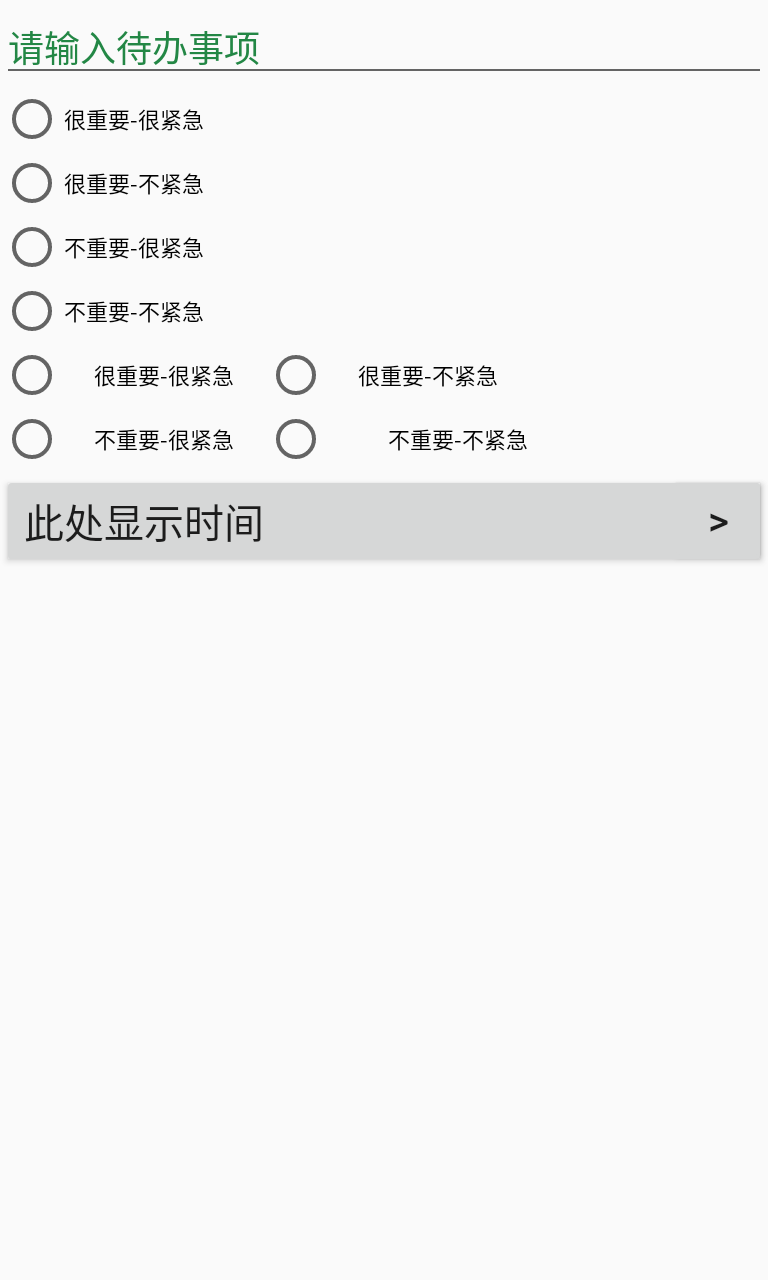
Repository: sh-zh-en/NBTodo
Layout: nbtodo/NBTodo/res/layout/addition_task_layout.xml
An editor plug-in stored every save of this project. The layout is shown before and after the next save, followed by the edit.
It is drawn on a 768 x 1280 px phone screen (xhdpi) without system bars, with theme AppTheme; the app's code is not run.

Above is the layout before, as saved 2015-03-03 02:33:21.

After the next save:
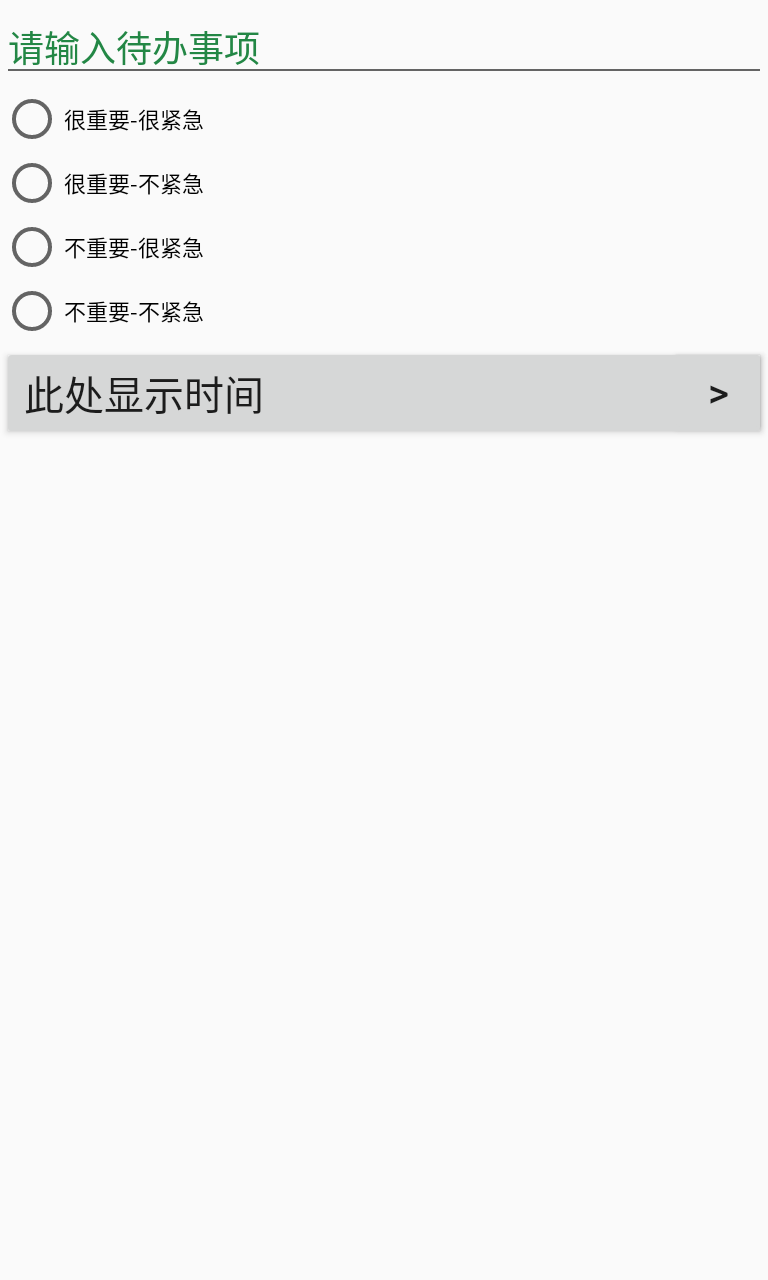
Saved 7 min 41 s later.
--- a/nbtodo/NBTodo/res/layout/addition_task_layout.xml
+++ b/nbtodo/NBTodo/res/layout/addition_task_layout.xml
@@ -5,7 +5,7 @@
     android:layout_gravity="bottom"
     android:orientation="vertical" >
 
-    android:orientation="horizontal" >
+
 
     <EditText
 	    android:id="@+id/edit_text1"
@@ -64,66 +64,6 @@
 	            android:textSize="11.0sp"
 	            android:checked="false"
 	           />
-		<LinearLayout
-			android:layout_width="match_parent"
-			android:layout_height="match_parent"
-			android:weightSum="2"
-			android:orientation="horizontal" >
-
-		     <RadioButton
-	            android:id="@+id/radiobutton1"
-	            android:layout_width="wrap_content"
-	            android:layout_height="wrap_content"
-	            android:layout_weight="1"
-	            android:gravity="center"
-	            android:text="@string/addition_task_layout_radiobutton01"
-	            android:textSize="11.0sp"
-	            />
-
-	        <RadioButton
-	            android:id="@+id/radiobutton2"
-	            android:layout_width="wrap_content"
-	            android:layout_height="wrap_content"
-	            android:layout_weight="1"
-	            android:gravity="center"
-	            android:text="@string/addition_task_layout_radiobutton02"
-	            android:textColor="@android:color/black"
-	            android:textSize="11.0sp"
-	            />
-
-		</LinearLayout>
- 		<LinearLayout
-			android:layout_width="match_parent"
-			android:layout_height="match_parent"
-			android:weightSum="2"
-			android:orientation="horizontal" >
-
- 		    <RadioButton
-	            android:id="@+id/radiobutton3"
-	            android:layout_width="wrap_content"
-	            android:layout_height="wrap_content"
-	            android:layout_weight="1"
-	            android:gravity="center"
-	            android:text="@string/addition_task_layout_radiobutton03"
-	            android:textColor="@android:color/black"
-	            android:textSize="11.0sp"
-	            android:checked="false"
-	             />
-
-	        <RadioButton
-	            android:id="@+id/radiobutton4"
-	            android:layout_width="wrap_content"
-	            android:layout_height="wrap_content"
-	            android:layout_weight="2"
-	            android:gravity="center"
-	            android:text="@string/addition_task_layout_radiobutton04"
-	            android:textColor="@android:color/black"
-	            android:textSize="11.0sp"
-	            android:checked="false"
-	           />
-
-
-		</LinearLayout>
 
 
     </RadioGroup>
